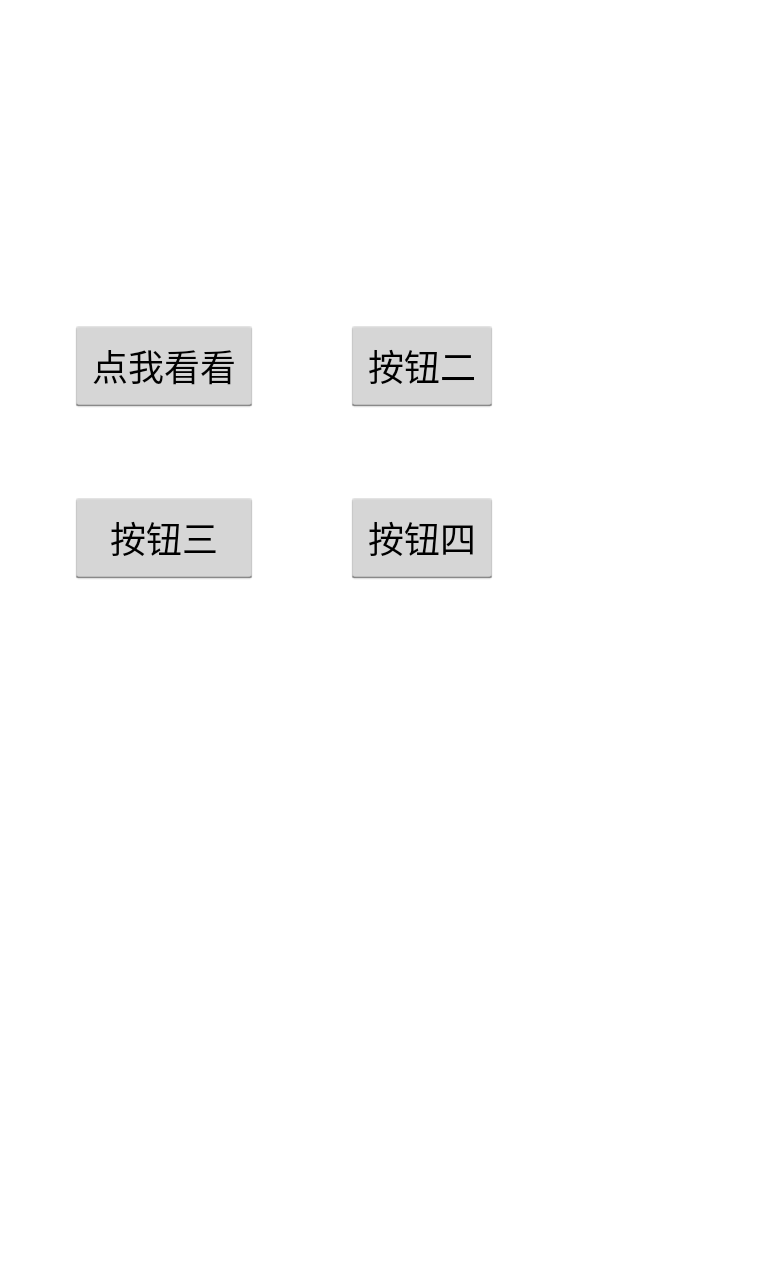
Repository: 17390089054/android
Layout: AlertDialog/res/layout/activity_main.xml
These files come from the project's save history. The layout is drawn as it stood at one moment and after the next save; the edit follows.
It is drawn on a 768 x 1280 px phone screen (xhdpi) without system bars, with theme AppTheme; the app's code is not run.

Above is the layout before, as saved 2018-05-03 15:51:39.

After the next save:
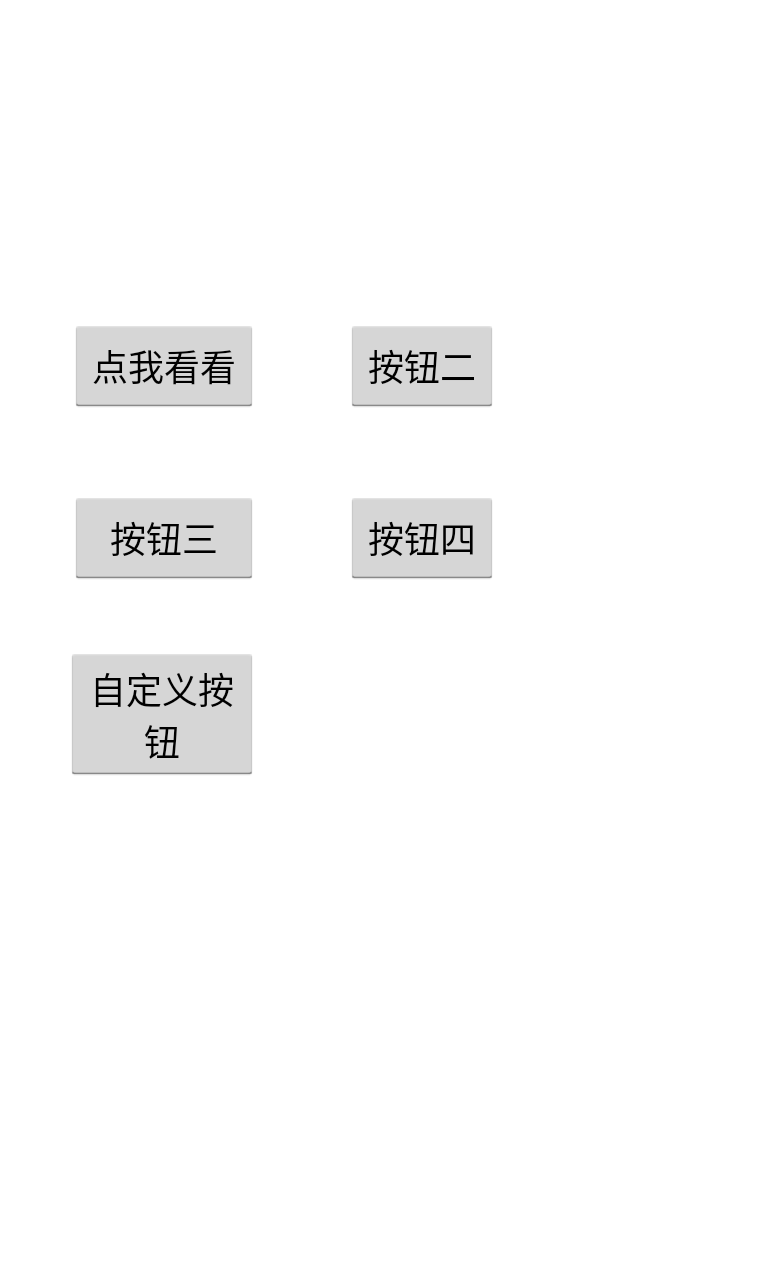
Saved 7 min 12 s later.
--- a/AlertDialog/res/layout/activity_main.xml
+++ b/AlertDialog/res/layout/activity_main.xml
@@ -50,4 +50,15 @@
         android:onClick="test04"
         android:text="按钮四" />
 
+    <Button
+        android:id="@+id/button5"
+        android:layout_width="wrap_content"
+        android:layout_height="wrap_content"
+        android:layout_alignParentLeft="true"
+        android:layout_alignRight="@+id/button3"
+        android:layout_below="@+id/button3"
+        android:layout_marginLeft="16dp"
+        android:layout_marginTop="30dp"
+        android:text="自定义按钮" />
+
 </RelativeLayout>
